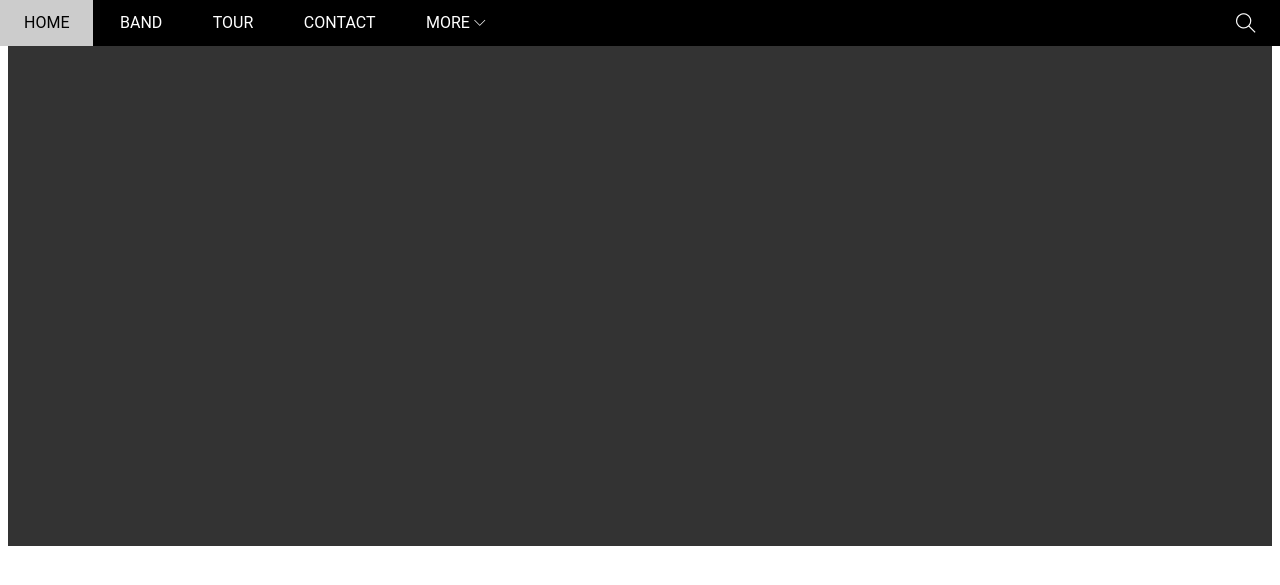
Repository: vuongld315/myLandingPage
Page: index.html
The author's editor kept a copy of each file at every save. The page is drawn from the files as they stood at one save, then again after a run of saves.
The browser window is 1280 px wide. The pictures show the whole page.

Above is the page before, as saved 2022-07-22 12:41:29.

After the next 2 saves:
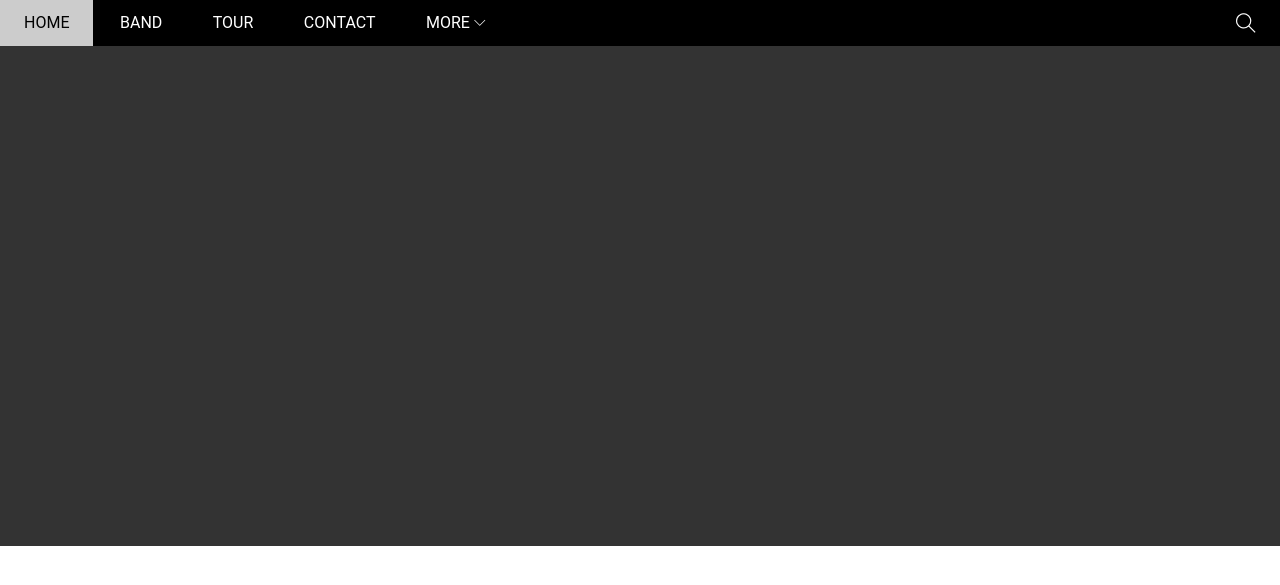
The 2 saves are shown as one change because they came seconds apart.
The last was saved 10 s later.
--- a/assets/css/main.css
+++ b/assets/css/main.css
@@ -28,7 +28,10 @@ html    {
     flex-wrap: wrap;
 }
 
-
+body    {
+    margin: 0;
+    padding: 0;
+}
 
 #main {
     width: 100%;
